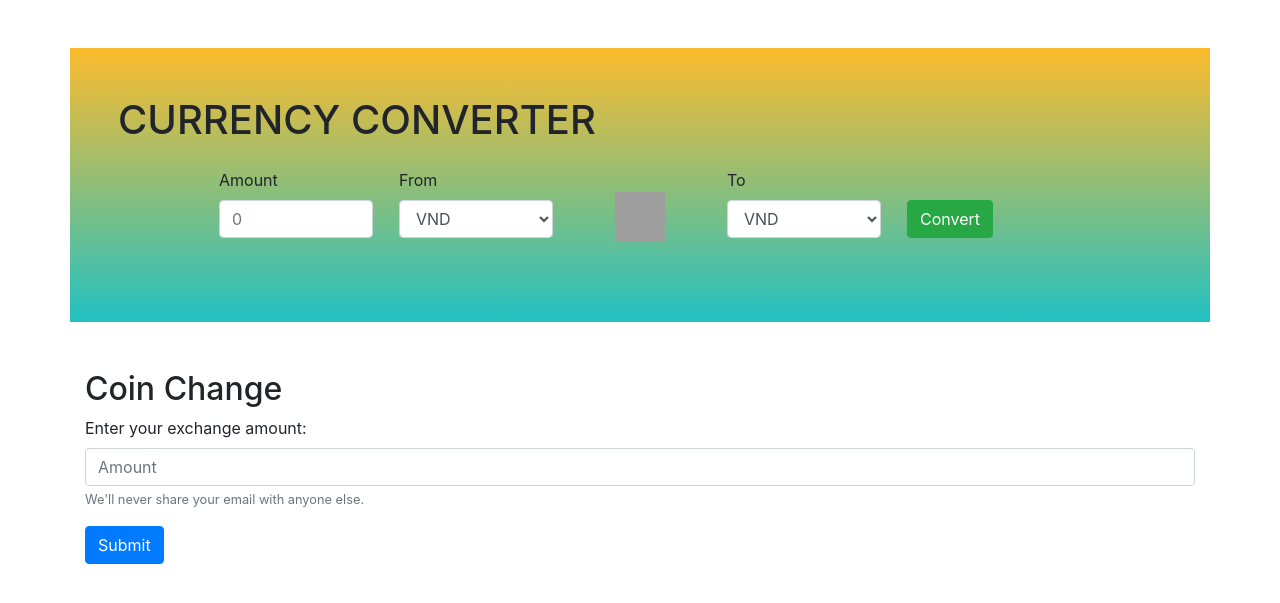
Repository: tts2610/MoneyConverter
Page: index.html
An editor plug-in stored every save of this project. The page is shown before and after a run of saves, followed by the edit.
The browser window is 1280 px wide. The pictures show the whole page.
Pictures or frames that could not be fetched are drawn as grey boxes.

Above is the page before, as saved 2020-05-12 11:28:48.

### index.html
<!DOCTYPE html>
<html lang="en">

<head>
    <meta charset="UTF-8">
    <meta name="viewport" content="width=device-width, initial-scale=1.0">
    <title>Document</title>
    <link rel="stylesheet" href="https://maxcdn.bootstrapcdn.com/bootstrap/4.4.1/css/bootstrap.min.css">

    <!-- jQuery library -->
    <script src="https://ajax.googleapis.com/ajax/libs/jquery/3.4.1/jquery.min.js"></script>

    <!-- Popper JS -->
    <script src="https://cdnjs.cloudflare.com/ajax/libs/popper.js/1.16.0/umd/popper.min.js"></script>

    <!-- Latest compiled JavaScript -->
    <script src="https://maxcdn.bootstrapcdn.com/bootstrap/4.4.1/js/bootstrap.min.js"></script>

</head>

<body>

    <form class="container my-5 px-5 py-5" style="
    background: rgb(34,193,195);
    background: linear-gradient(0deg, rgba(34,193,195,1) 0%, rgba(253,187,45,1) 100%);
">
        <h1 class="mx-auto">CURRENCY CONVERTER</h1>
        <div class="form-row justify-content-md-center px-5 mx-5">
            <div class="col mt-3">
                <label>Amount</label>
                <input type="number" class="form-control" placeholder="0" id="amount">
            </div>
            <div class="col mt-3 ml-3">
                <label>From</label>
                <select class="form-control" id="fromCurrency">
            </select>
            </div>
            <div class="col mt-4 py-3" style="display: flex;justify-content: center; cursor: pointer;" onClick="swap()">
                <img src="https://cdn3.iconfinder.com/data/icons/basic-interface/100/update-512.png" width="50px" height="50px">
            </div>
            <div class="col mt-3">
                <label>To</label>
                <select class="form-control" id="toCurrency">
            </select>

            </div>
            <div class="col mt-5 ml-3">
                <button type="button" class="btn btn-success" onClick="submitAmount()">Convert</button>
            </div>
        </div>
        <p id="result" style="color:deeppink; font-weight: 700; font-size: xxx-large; text-align: center;"></p>
    </form>

    <h2 class="container">Coin Change</h2>
    <form class="container">
        <div class="form-group">
            <label for="exampleInputEmail1">Enter your exchange amount:</label>
            <input type="number" class="form-control" id="exampleInputEmail1" aria-describedby="emailHelp" placeholder="Amount">
            <small id="emailHelp" class="form-text text-muted">We'll never share your email with anyone else.</small>
        </div>
        <button type="submit" class="btn btn-primary">Submit</button>
    </form>


    <script src="js/script.js"></script>
    <script>
    </script>
</body>

</html>

### js/script.js
/*dic = {
    fromCurrency:{
        toCurrency:[currencyRatio,locale,currencySymbol],
        toCurrency:[currencyRatio,locale,currencySymbol],
        toCurrency:[currencyRatio,locale,currencySymbol],
        .....
    },
    fromCurrency:
        .....
}*/
let dic = {
    "vnd": { "usd": [1 / 23206, "en", "USD"], "jpy": [1 / 216.703, "ja-JP", "JPY"], "krw": [1 / 18.9136, "krw", "KRW"], "idr": [1 / 1.55505, "idr", "idr"], "eur": [1 / 25111, "de-DE", "EUR"], "vnd": [1, "vi", "VND"] },
    "usd": { "vnd": [23206, "vi", "VND"], "jpy": [107.297, "ja-JP", "JPY"], "krw": [1223.80, "krw", "KRW"], "idr": [14904, "idr", "idr"], "eur": [1 / 1.08207, "de-DE", "EUR"], "usd": [1, "en", "USD"] },
    "jpy": { "vnd": [216.703, "vi", "VND"], "usd": [1 / 107.297, "en", "USD"], "krw": [11.4099, "krw", "KRW"], "idr": [138.937, "idr", "idr"], "eur": [1 / 116.054, "de-DE", "EUR"], "jpy": [1, "ja-JP", "JPY"] },
    "krw": { "vnd": [18.9136, "vi", "VND"], "usd": [1 / 1224.06, "en", "USD"], "jpy": [1 / 11.4096, "ja-JP", "JPY"], "idr": [12.1833, "idr", "idr"], "eur": [1 / 1323.75, "de-DE", "EUR"], "krw": [1, "krw", "KRW"] },
    "idr": { "vnd": [1.55505, "vi", "VND"], "usd": [1 / 14910, "en", "USD"], "jpy": [1 / 138.985, "ja-JP", "JPY"], "krw": [1 / 12.1818, "krw", "KRW"], "eur": [1 / 16134.84, "de-DE", "EUR"], "idr": [1, "idr", "idr"] },
    "eur": { "vnd": [25081, "vi", "VND"], "usd": [1.08207, "en", "USD"], "jpy": [116.054, "ja-JP", "JPY"], "idr": [16129, "idr", "idr"], "krw": [1323.75, "krw", "KRW"], "eur": [1, "de-DE", "EUR"] },
}
let from = null;
let to = null;
let amount = 0;
var fromCurrency = null;
var toCurrency = null;
$(document).ready(function() {
    fromCurrency = document.getElementById("fromCurrency");
    toCurrency = document.getElementById("toCurrency");
    let selectList = Object.keys(dic);
    selectList.forEach(element => {
        var option = document.createElement("option");
        option.text = element.toUpperCase();
        fromCurrency.add(option);
    })
    selectList.forEach(element => {
        var option = document.createElement("option");
        option.text = element.toUpperCase();
        toCurrency.add(option);
    })

});

function swap() {
    var x = fromCurrency.value;
    fromCurrency.value = toCurrency.value;
    toCurrency.value = x;
}

function submitAmount() {
    amount = document.getElementById("amount").value ? document.getElementById("amount").value : 0;
    from = fromCurrency.value.toLowerCase();
    to = toCurrency.value.toLowerCase();

    // reformating input
    let res = getValueFromDict(from, from);
    let formatedAmount = new Intl.NumberFormat(res[1], { style: 'currency', currency: res[2], maximumSignificantDigits: 3 }).format(amount)

    // set output
    document.getElementById("result").innerText = formatedAmount + " = " + convert(from, to);
}

// conversion
function convert(from, to) {
    let res = getValueFromDict(from, to);
    let outRes = (amount * res[0]);
    return new Intl.NumberFormat(res[1], { style: 'currency', currency: res[2], maximumSignificantDigits: 3 }).format(outRes);
}

function getValueFromDict(input1, input2) {
    let currencyRatio = dic[input1][input2][0];
    let locale = dic[input1][input2][1];
    let currency = dic[input1][input2][2];
    return [currencyRatio, locale, currency];
}

After the next 2 saves:
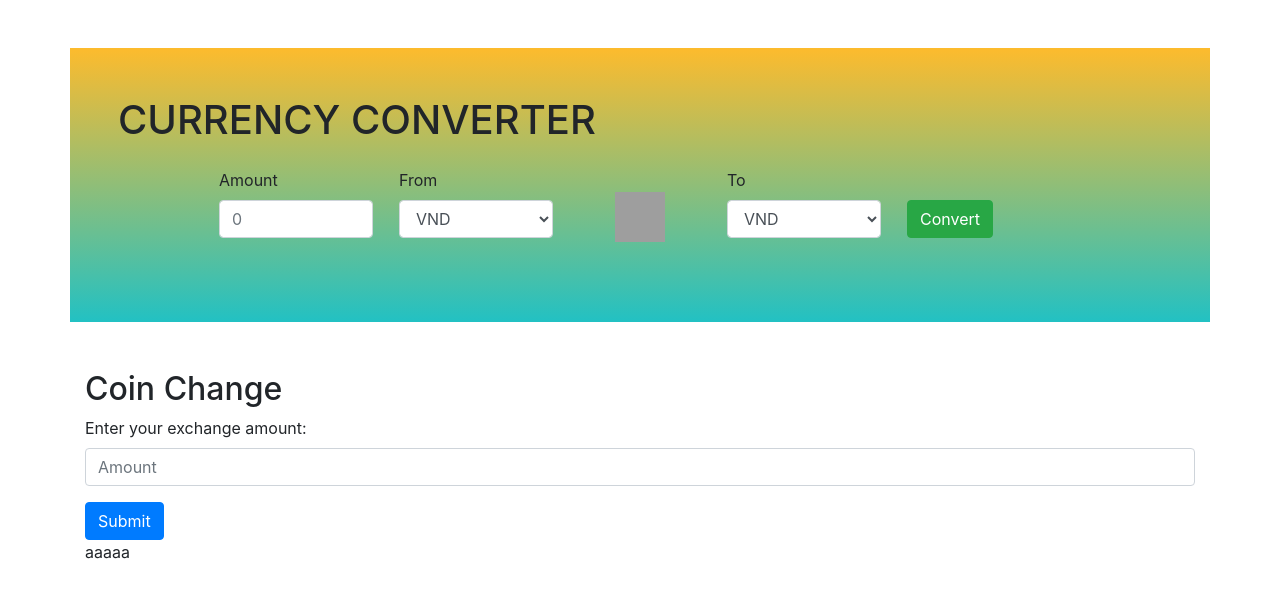
The 2 saves are shown as one change because they came seconds apart.
The last was saved 33 s later.
--- a/index.html
+++ b/index.html
@@ -56,9 +56,9 @@
         <div class="form-group">
             <label for="exampleInputEmail1">Enter your exchange amount:</label>
             <input type="number" class="form-control" id="exampleInputEmail1" aria-describedby="emailHelp" placeholder="Amount">
-            <small id="emailHelp" class="form-text text-muted">We'll never share your email with anyone else.</small>
         </div>
         <button type="submit" class="btn btn-primary">Submit</button>
+        <div class="coinExchangeResult">aaaaa</div>
     </form>
 
 
